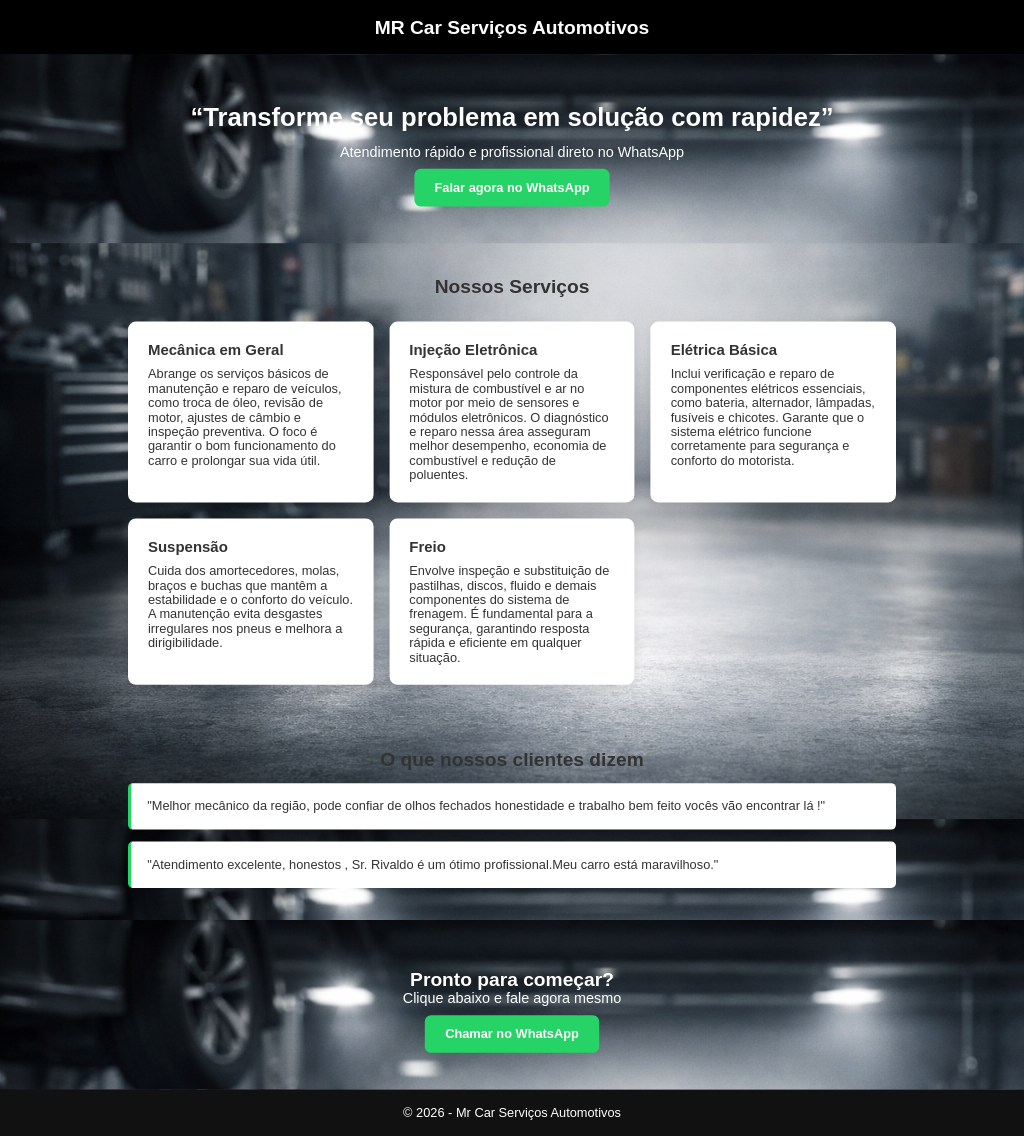
Repository: templaterj1991-Luiz/Main
Page: Template/index.html
An editor plug-in stored every save of this project. The page is shown before and after a run of saves, followed by the edit.
The browser window is 1280 px wide. The pictures show the whole page, at 80% of full size.

Above is the page before, as saved 2026-06-06 13:37:16.

### Template/index.html
<!DOCTYPE html>
<html lang="pt-BR">

<head>
    <meta charset="UTF-8">
    <meta name="viewport" content="width=device-width, initial-scale=1.0">
    <title>Mr Car Serviços Automotivos</title>
    <style>
        * {
            margin: 0;
            padding: 0;
            box-sizing: border-box;
            font-family: 'Arial', sans-serif;
        }

        body {
            background-image:url(../Template/assests/image_17807634293247997762059382456069.jpeg);
            color: #333;
        }

        header {
            background: #000000;
            color: #fff;
            padding: 20px;
            text-align: center;
        }

        .hero {
            padding: 60px 20px;
            text-align: center;
            background-image:url(../Template/assests/image_17807634293247997762059382456069.jpeg);
            color: white;
        }

        .hero h1 {
            font-size: 32px;
            margin-bottom: 15px;
        }

        .hero p {
            font-size: 18px;
            margin-bottom: 25px;
        }

        .btn {
            background: #25D366;
            color: white;
            padding: 15px 25px;
            border-radius: 8px;
            text-decoration: none;
            font-weight: bold;
            transition: 0.3s;
        }

        .btn:hover {
            background: #1ebe5d;
        }

        .container {
            max-width: 1000px;
            margin: auto;
            padding: 40px 20px;
        }

        .grid {
            display: grid;
            grid-template-columns: repeat(auto-fit, minmax(250px, 1fr));
            gap: 20px;
        }

        .card {
            background: white;
            padding: 25px;
            border-radius: 10px;
            box-shadow: 0 4px 10px rgba(0, 0, 0, 0.08);
        }

        .card h3 {
            margin-bottom: 10px;
        }

        .testimonial {
            background: #fff;
            padding: 20px;
            border-left: 4px solid #25D366;
            margin-top: 15px;
            border-radius: 6px;
        }

        footer {
            text-align: center;
            padding: 20px;
            background: #111;
            color: white;

        }
    </style>
</head>

<body>
    <header>
        <h2>MR Car Serviços Automotivos</h2>
    </header>
    <section class="hero">
        <h1>“Transforme seu problema em solução com rapidez”</h1>
        <p>Atendimento rápido e profissional direto no WhatsApp</p> <a class="btn" href="https://wa.me/5521983543090"
            target="_blank"> Falar agora no WhatsApp </a>
    </section>
    <section class="container">
        <h2 style="text-align:center; margin-bottom:30px;">Nossos Serviços</h2>
        <div class="grid">
            <div class="card">
                <h3>Mecânica em Geral</h3>
                <p>Abrange os serviços básicos de manutenção e reparo de veículos, como troca de óleo, revisão de motor, ajustes de câmbio e inspeção preventiva. O foco é garantir o bom funcionamento do carro e prolongar sua vida útil.</p>
            </div>
            <div class="card">
                <h3>Injeção Eletrônica </h3>
                <p>Responsável pelo controle da mistura de combustível e ar no motor por meio de sensores e módulos eletrônicos. O diagnóstico e reparo nessa área asseguram melhor desempenho, economia de combustível e redução de poluentes.</p>
            </div>
            <div class="card">
                <h3>Elétrica Básica</h3>
                <p>Inclui verificação e reparo de componentes elétricos essenciais, como bateria, alternador, lâmpadas, fusíveis e chicotes. Garante que o sistema elétrico funcione corretamente para segurança e conforto do motorista.</p>
            </div>
             <div class="card">
                <h3>Suspensão</h3>
                <p>Cuida dos amortecedores, molas, braços e buchas que mantêm a estabilidade e o conforto do veículo. A manutenção evita desgastes irregulares nos pneus e melhora a dirigibilidade.</p>
            </div>
             <div class="card">
                <h3>Freio</h3>
                <p>Envolve inspeção e substituição de pastilhas, discos, fluido e demais componentes do sistema de frenagem. É fundamental para a segurança, garantindo resposta rápida e eficiente em qualquer situação.</p>
            </div>
        </div>
    </section>
    <section class="container">
        <h2 style="text-align:center;">O que nossos clientes dizem</h2>
        <div class="testimonial"> "Melhor mecânico da região, pode confiar de olhos fechados honestidade e trabalho bem feito vocês vão encontrar lá !" </div>
        <div class="testimonial"> "Atendimento excelente, honestos , Sr. Rivaldo é um ótimo profissional.Meu carro está maravilhoso." </div>
    </section>
    <section class="hero">
        <h2>Pronto para começar?</h2>
        <p>Clique abaixo e fale agora mesmo</p> <a class="btn" href="https://wa.me/5521983543090" target="_blank"> Chamar no
            WhatsApp </a>
    </section>
    <footer>
        <p>© 2026 - Mr Car Serviços Automotivos</p>
    </footer>
</body>

</html>

After the next 4 saves:
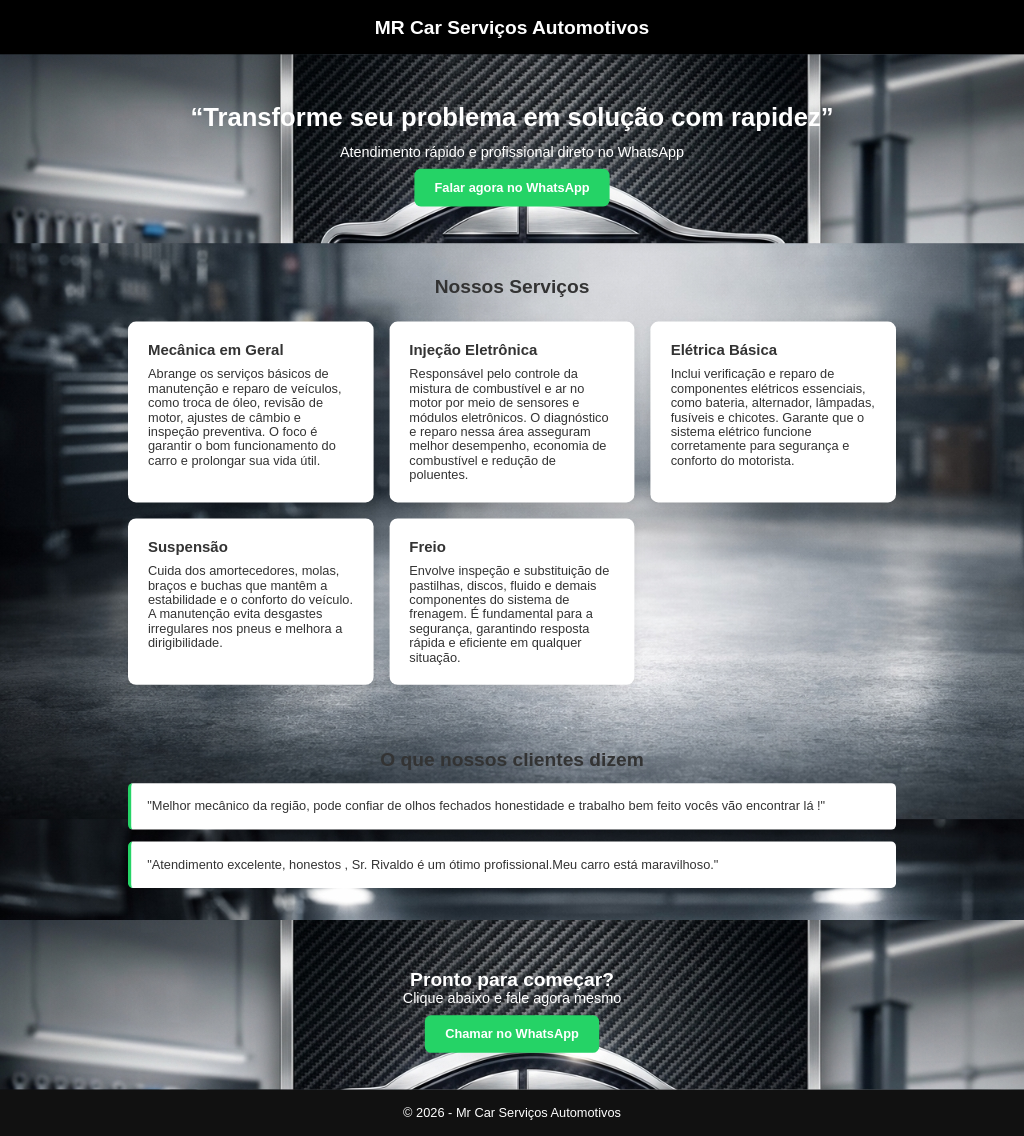
The 4 saves are shown as one change because they came seconds apart.
The last was saved 20 s later.
--- a/Template/index.html
+++ b/Template/index.html
@@ -28,7 +28,7 @@
         .hero {
             padding: 60px 20px;
             text-align: center;
-            background-image:url(../Template/assests/image_17807634293247997762059382456069.jpeg);
+            background-image:url(../Template/assests/Gemini_Generated_Image_qv3g9aqv3g9aqv3g.png);
             color: white;
         }
 

After the save that followed:
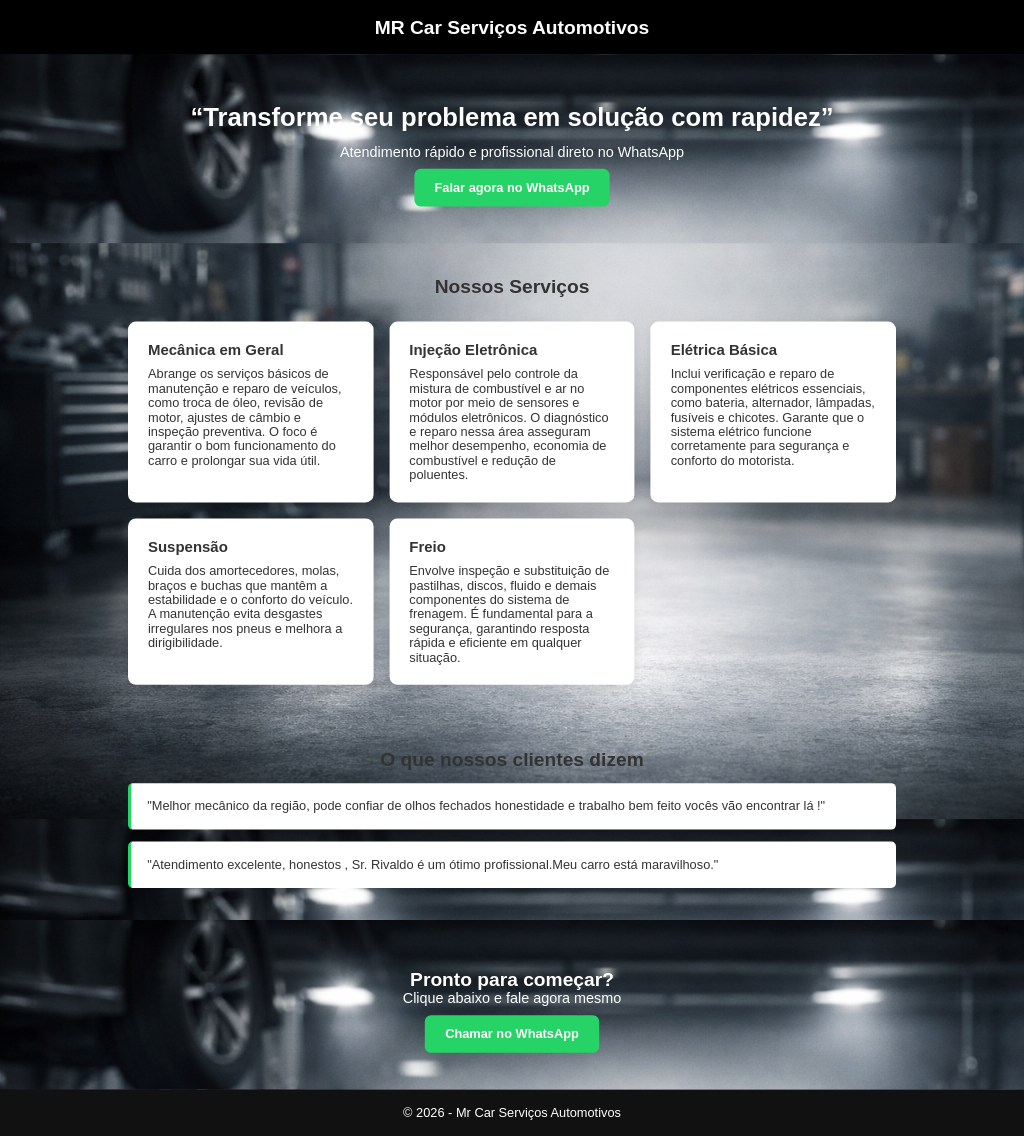
Saved 42 s later.
--- a/Template/index.html
+++ b/Template/index.html
@@ -28,7 +28,7 @@
         .hero {
             padding: 60px 20px;
             text-align: center;
-            background-image:url(../Template/assests/Gemini_Generated_Image_qv3g9aqv3g9aqv3g.png);
+            background-image:url(../Template/assests/image_17807634293247997762059382456069.jpeg);
             color: white;
         }
 
